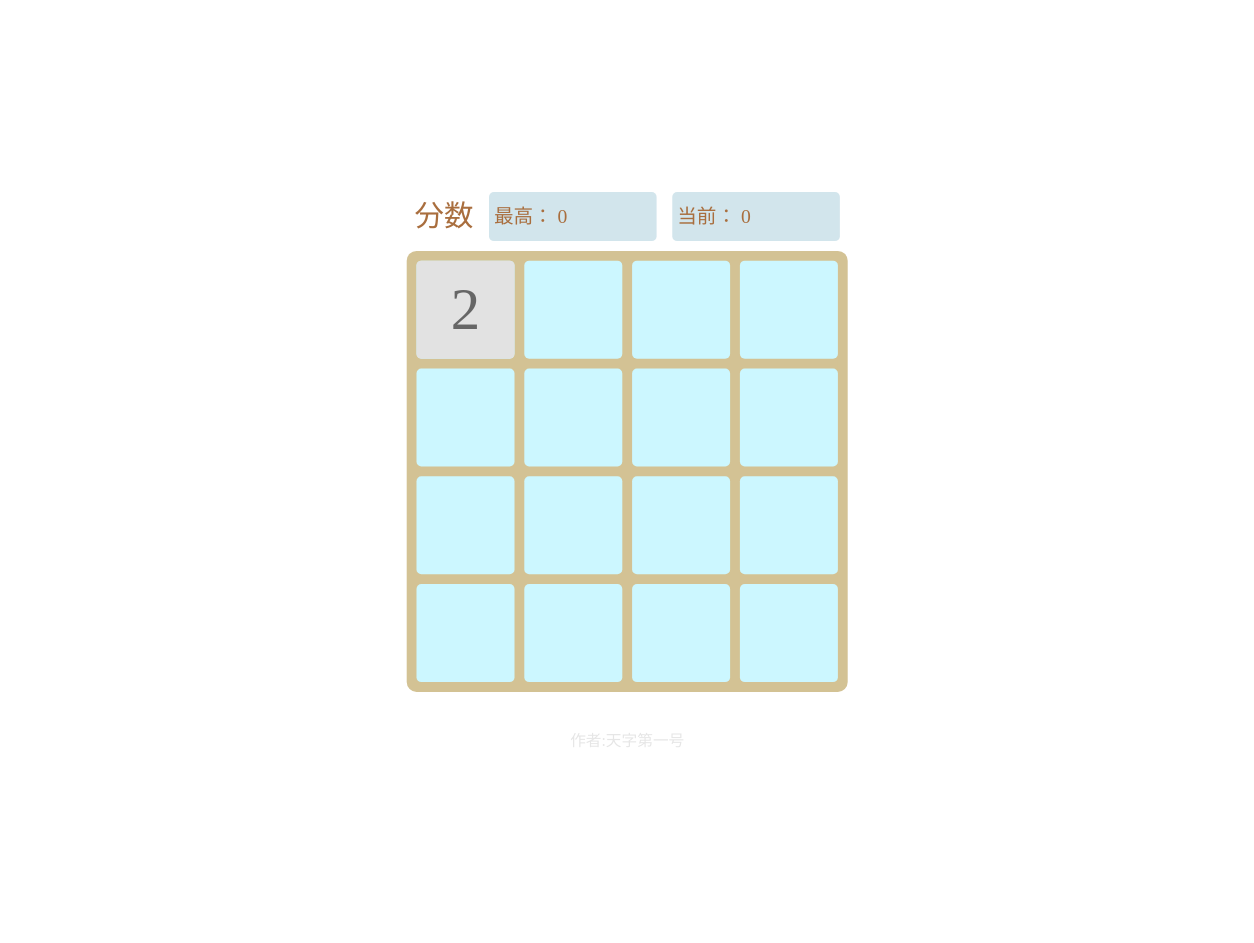
Repository: yangtengxiang/get_test
Page: game/H5/2048.html
An editor plug-in stored every save of this project. The page is shown before and after the next save, followed by the edit.
The browser window is 1280 px wide. The pictures show the whole page, at 98% of full size.

Above is the page before, as saved 2020-04-29 17:16:28.
Console error: SyntaxError: Unexpected token ':'

### game/H5/2048.html
<!DOCTYPE html>
<html  ondblclick="GamesStart()">

	<head>
		<meta charset="UTF-8">
		<title></title>
		<!--<link rel="stylesheet" type="text/css" href="css/temp.css" />-->
		<script type="text/javascript">
			var Game = true;
			function move(direction) {
				var container = document.querySelector(".container");
				var item = container.children;
				var wz = [];
				var fx, fx_reverse;
				var end;
				for(var i = 0; i < item.length; i++) {
					var obj = function() { var col; var row; var obj; }
					wz[i] = obj; wz[i]["row"] = item[i].getAttribute("row"); wz[i]["col"] = item[i].getAttribute("col"); wz[i]["obj"] = item[i];
				}
				if(direction == "top") { fx = "col"; end = false; }
				if(direction == "bottom") { fx = "col"; end = true; }
				if(direction == "left") { fx = "row"; end = false; }
				if(direction == "right") { fx = "row"; end = true; }
				fx_reverse = "row"; if(fx == "row") { fx_reverse = "col"; }
				var _return = true;
				for(var times = 1; times <= 4; times++) {
					var arr = [];
					for(var o = 0; o < wz.length; o++) { if(wz[o][fx_reverse] == times) { arr.push(wz[o]); } }
					var ky = 1; if(end) ky = 4;
					function pd(end, p) {
						if(end) { if(p > 0) return true; return false; }
						else { if(p <= 4) return true; return false; }
					}
					var i_previous = -1;
					for(var p = ky; pd(end, p); end ? (p--) : (p++)) {
						for(var i = 0; i < arr.length; i++) {
							if(arr[i][fx] == p) {
								if(arr[i_previous] == undefined) ;
								else if(arr[i].obj.innerText == arr[i_previous].obj.innerText) {
									end ? (ky++) : (ky--);
									arr[i].obj.innerText = parseInt(arr[i].obj.innerText) * 2;
									arr[i_previous].obj.remove();
									_return = false;
									if(fx == "row") { arr[i].obj.style.left = ky * 110 - 100 + "px"; arr[i].obj.setAttribute("row", ky); i_previous = i; }
									else { arr[i].obj.style.top = ky * 110 - 100 + "px"; arr[i].obj.setAttribute("col", ky); i_previous = i; }
									arr[i].obj.className = "lv_" + arr[i].obj.innerText/2;
									end ? (ky--) : (ky++);
									i_previous = undefined;
									IntegralUp(arr[i].obj.innerText);
									continue;
								}
								if(arr[i][fx] != ky) {
									_return = false;
									if(fx == "row") { arr[i].obj.style.left = ky * 110 - 100 + "px"; arr[i].obj.setAttribute("row", ky); }
									else { arr[i].obj.style.top = ky * 110 - 100 + "px"; arr[i].obj.setAttribute("col", ky); }
								}
								i_previous = i;
								end ? (ky--) : (ky++);
							}
						}
					}
				}
				if(_return) return;
				var div = document.createElement("div");
				var bool = true;
				while(bool) {
					div.setAttribute("col", parseInt(Math.random() * 4 + 1));
					div.setAttribute("row", parseInt(Math.random() * 4 + 1));
					bool = false;
					for(var i = 0; i < wz.length; i++) {
						if(div.getAttribute("row") == wz[i].obj.getAttribute("row") && div.getAttribute("col") == wz[i].obj.getAttribute("col")) { bool = true; break; }
					}
					if(!bool) break;
				}
				var ran=Math.random()+Math.random()+Math.random()+Math.random()+Math.random();
				ran*=0.2;
				div.innerText = parseInt( ran* 2 + 1)*2;
				document.querySelector(".container").appendChild(div);
				div.style.left = div.getAttribute("row") * 110 - 100 + "px";
				div.style.top = div.getAttribute("col") * 110 - 100 + "px";
				div.className = "lv_" + div.innerText/2;
				if(item.length >= 16) {
					var row = []; var col = [];
					for(var i = 1; i <= 4; i++) {
						row.push(getElementByAttr(item, "row", i));
						col.push(getElementByAttr(item, "col", i));
					}
					bool = true;
					for(var i = 1; i <= 4; i++) {
						var row = getElementByAttr(item, "row", i);
						var o_previous = getElementByAttr(row, "col", 1);
						for(var o = 2; o <= 4; o++) {
							var p = getElementByAttr(row, "col", o);
							if(o_previous[0].innerText == p[0].innerText) bool = false;
							o_previous = p;
						}
						var col = getElementByAttr(item, "col", i);
						var o_previous = getElementByAttr(col, "row", 1);
						for(var o = 2; o <= 4; o++) {
							var p = getElementByAttr(col, "row", o);
							if(o_previous[0].innerText == p[0].innerText) bool = false;
							o_previous = p;
						}
					}
					if(bool) GamesOver();
				}
			}

			function getElementByAttr(item, attr, value) {
				var aEle = [];
				for(var i = 0; i < item.length; i++) {
					if(item[i].getAttribute(attr) == value)
						aEle.push(item[i]);
				}
				return aEle;
			}
			function GamesOver() {
				Game = false;
				document.querySelector(".alert").style.display = "block";
				document.querySelector("h1").style.display = "block";
				document.querySelector("h1").innerText = document.querySelector(".cur span+span").innerText;
			}
			function GamesStart() {
				if(document.querySelectorAll(".container div").length==0){}
				else{ if(Game) return;}
				document.querySelector(".alert").style.display = "none";
				document.querySelector("h1").style.display = "none";
				var container = document.querySelector(".container");
				var divs = container.children;
				console.log(divs);
				for(var i = divs.length - 1; i >= 0; i--) {
					console.log(divs[i]);
					container.removeChild(divs[i]);

				}
				var f = document.querySelector(".Integral");
				var cur = f.children[2].children[1];
				cur.innerText = "0";
				var div = document.createElement("div");
				div.setAttribute("col", 1);
				div.setAttribute("row", 1);
				div.style.left = "10px";
				div.style.top = "10px";
				div.innerText = "2";
				div.className = "lv_1";
				container.appendChild(div);
				Game=true;
			}
			function IntegralUp(value) {
				value = parseInt(value);
				var f = document.querySelector(".Integral");
				var max = f.children[1].children[1];
				var cur = f.children[2].children[1];
				cur.innerText = parseInt(cur.innerText + "") + value;
				if(parseInt(cur.innerText) > parseInt(max.innerText)) max.innerText = cur.innerText;
			}
			function remove_lv(value) {
				var div = document.querySelectorAll(".lv_" + value);
				for(var i = div.length - 1; i >= 0; i--) {
					div[i].remove();
				}
			}
			function remove_XY(x, y) {
				var item = document.querySelectorAll(".container div");
				var row = getElementByAttr(item, "row", x);
				var col = getElementByAttr(row, "col", y);
				col.remove();
			}
			function remove_lv_2_4_8_16() {
				var div = document.querySelectorAll(".lv_1,.lv_2,.lv_4,.lv_8");
				for(var i = div.length - 1; i >= 1; i--) {
					div[i].remove();
				}
			}
			function KeyEvent(e) {
				//console.log(e);
				if(e.shiftKey && e.code == "Delete") {
					remove_lv_2_4_8_16();
				}
				if(e.code == "Space") {
					GamesStart();
				}
				if(!Game) return;
				if(e.code == "ArrowUp") {
					move("top");
				}
				if(e.code == "ArrowDown") {
					move("bottom");
				}
				if(e.code == "ArrowLeft") {
					move("left");
				}
				if(e.code == "ArrowRight") {
					move("right");
				}

			}
		</script>
		<style type="text/css">
			*{ margin: 0; padding: 0; font-family: "微软雅黑"; list-style: none;  }
			body{overflow: hidden;}
			.f{width: 2em !important;font-size: 30px;flex: 0 0 auto !important;background: none !important;}
			.Integral{ position: absolute; right: 0; top: -60px; height: 50px; font-size: 20px; color: #A96E3E; display: flex; line-height: 50px; width: 450px; }
			.Integral p{ flex: 1 1 auto; margin: 0 8px; background: #D2E5EC; border-radius:5px ; width: 5em; }
			.Integral p span:first-child{ padding: 0 5px; }
			.alert{ position: absolute; top: 0; left: 0; width: 450px; height: 450px; background: #D0D0D0; opacity: 0.66; z-index: 998; border-radius:5px ; display: flex; flex: 0 0 auto; }
			h1{ background: #153B26; border-radius:10px ; padding: 10px; font-size: 50px; position: absolute; top: 0; bottom: 0; left: 0; right: 0; margin: 100px auto; text-align: center; height: 1em; line-height: 1em; opacity: 2; width: 4em; z-index: 999; color: #D8C818; }
			.main{width: 450px; height: 450px; margin: 20% auto;position: relative;}
			.main .bg{ width: 430px; height: 430px; border: 10px solid #D3C294; background: #D3C294; border-radius:10px ; position: relative;  }
			.main .bg div{width: 100px; height: 100px; margin-left:10px ;background: #CCF7FF;border-radius:5px ;float: left;}
			.main .bg div:nth-child(n+5){margin-top: 10px;}
			.main .bg div:nth-child(4n+1){margin-left: 0;}
			.main .container{ width: 450px; height: 450px; position: absolute; top: 0; left: 0;  }
			.main .container div{ width: 100px; height: 100px; border-radius: 5px; position: absolute; }

			.main .container div{ text-align: center; line-height: 100px; transition: 200ms; }
			.lv_1{ background: #E2E2E2; /*灰*/ }
			.lv_2{ background: #9DA983;  /*浅色-*/}
			.lv_4{  background: #E4C2D2; /*浅色-*/}
			.lv_8{  background: #7996C2;  /*有点深的颜色-*/}
			.lv_16{ background: #273542;  /*灰蓝-*/}
			.lv_32{ background: #D2994C;  /*琥珀色-*/}
			.lv_64{ background: #017666; /*绿*/ }
			.lv_128{ background: #FDEE71;  /*黄*/}
			.lv_256{ background: #343233; /*深灰-*/}
			.lv_512{ background: #065C8B;  /*蓝*/}
			.lv_1024{ background: #D63449;  /*红-*/ }
			.lv_2048{ background: #E31E15;  /*红-*/}
			.lv_4096{ background: #370508;  /*玄色-*/}
			.lv_8192{ background: #FFED42;  /*黄-*/}
			.lv_16384{/*应该没用*/ background: #75BBDD; /*蓝-*/ }

			.lv_1,.lv_2,.lv_4,.lv_8{color: #666666;font-size: 60px;}
			.lv_16, .lv_32, .lv_64{color: #5AE4D5;font-size: 50px;}
			.lv_128, .lv_256, .lv_512{ color: #B84C4C; font-size: 40px;}
			.lv_1024, .lv_2048, .lv_4096, .lv_8192{ color: #695631; font-size: 30px;}

			.foot{ margin: auto; position: absolute; bottom: -60px; left: 0; right: 0; text-align: center; color: #E6E6E6; }

		</style>
	</head>

	<body onkeydown="KeyEvent(event)">

		<div class="main">
			<div class="Integral">
				<p class="f">分数</p>
				<p class="max"><span>最高：</span><span>0</span></p>
				<p class="cur"><span>当前：</span><span>0</span></p>
			</div>
			<div class="alert" style="display: none;"></div>
			<h1 style="display: none;">0000</h1>
			<div class="bg">
				<div></div>
				<div></div>
				<div></div>
				<div></div>
				<div></div>
				<div></div>
				<div></div>
				<div></div>
				<div></div>
				<div></div>
				<div></div>
				<div></div>
				<div></div>
				<div></div>
				<div></div>
				<div></div>
			</div>
			<div class="container">
				<div row="1" col="1" style="top: 10px;left: 10px;" class="lv_1">
					2
				</div>

			</div>
			<div class="foot"  ondblclick="remove_lv_1248()">作者:天字第一号</div>
		</div>
	</body>
	<script>
		var startx, starty;
		function getAngle(angx, angy) {
			return Math.atan2(angy, angx) * 180 / Math.PI;
		};
		function getDirection(startx, starty, endx, endy) {
			var angx = endx - startx;
			var angy = endy - starty;
			var result = 0;
			if(Math.abs(angx) < 1 && Math.abs(angy) < 1) {
				return result;
			}
			var angle = getAngle(angx, angy);
			if(angle >= -135 && angle <= -45) {
				result = 1;
			} else if(angle > 45 && angle < 135) {
				result = 2;
			} else if((angle >= 135 && angle <= 180) || (angle >= -180 && angle < -135)) {
				result = 3;
			} else if(angle >= -45 && angle <= 45) {
				result = 4;
			}
			return result;
		}
		document.addEventListener("touchstart", function(e) {
			startx = e.touches[0].pageX;
			starty = e.touches[0].pageY;
		}, false);
		document.addEventListener("touchend", function(e) {
			var endx, endy;
			endx = e.changedTouches[0].pageX;
			endy = e.changedTouches[0].pageY;
			var direction = getDirection(startx, starty, endx, endy);
			switch(direction) {
				case 0:  break; case :
				case 1: move("top"); break; case :
				case 2: move("bottom"); break;
				case 3: move("left"); break;
				case 4: move("right"); break;
				default:
			}
		}, false);
	</script>
</html>

After the next save:
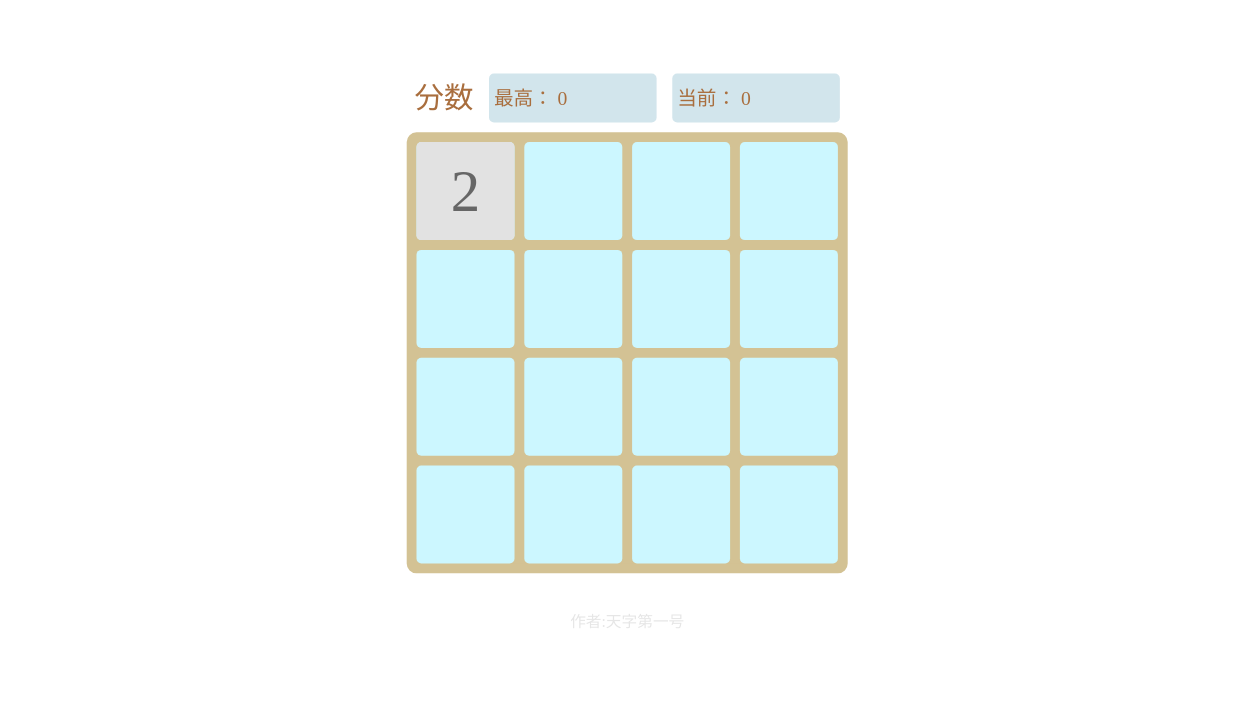
Saved 72 s later.
--- a/game/H5/2048.html
+++ b/game/H5/2048.html
@@ -205,7 +205,7 @@
 			.Integral p span:first-child{ padding: 0 5px; }
 			.alert{ position: absolute; top: 0; left: 0; width: 450px; height: 450px; background: #D0D0D0; opacity: 0.66; z-index: 998; border-radius:5px ; display: flex; flex: 0 0 auto; }
 			h1{ background: #153B26; border-radius:10px ; padding: 10px; font-size: 50px; position: absolute; top: 0; bottom: 0; left: 0; right: 0; margin: 100px auto; text-align: center; height: 1em; line-height: 1em; opacity: 2; width: 4em; z-index: 999; color: #D8C818; }
-			.main{width: 450px; height: 450px; margin: 20% auto;position: relative;}
+			.main{width: 450px; height: 450px; margin: auto;position: absolute;top: 0;bottom: 0;left: 0;right: 0;}
 			.main .bg{ width: 430px; height: 430px; border: 10px solid #D3C294; background: #D3C294; border-radius:10px ; position: relative;  }
 			.main .bg div{width: 100px; height: 100px; margin-left:10px ;background: #CCF7FF;border-radius:5px ;float: left;}
 			.main .bg div:nth-child(n+5){margin-top: 10px;}
